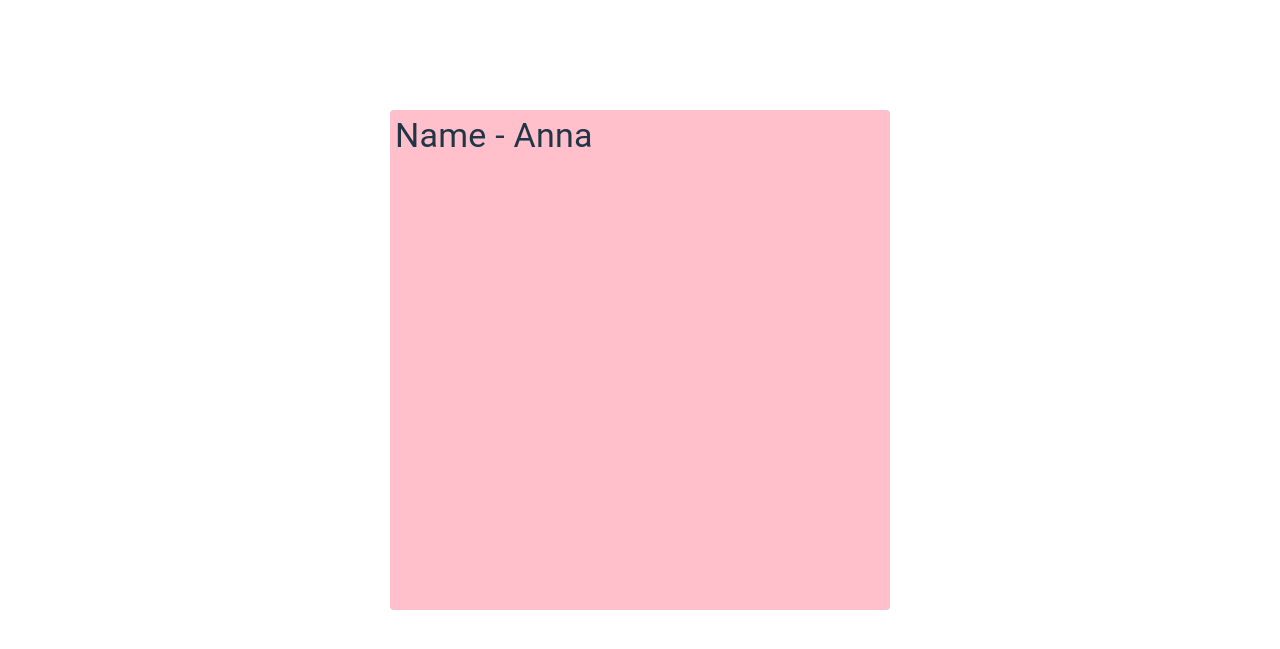
Repository: savannaaaas/props
Page: /
The author's editor kept a copy of each file at every save. The page is drawn from the files as they stood at one save, then again after the next save.
The browser window is 1280 px wide. The pictures show the whole page.
The project was rebuilt for these pictures with package versions that can differ from the ones it lists, and the page was loaded fresh each time. Also part of the build but not shown: vite.config.js.

Above is the page before, as saved 2025-07-07 23:40:53.

After the next save:
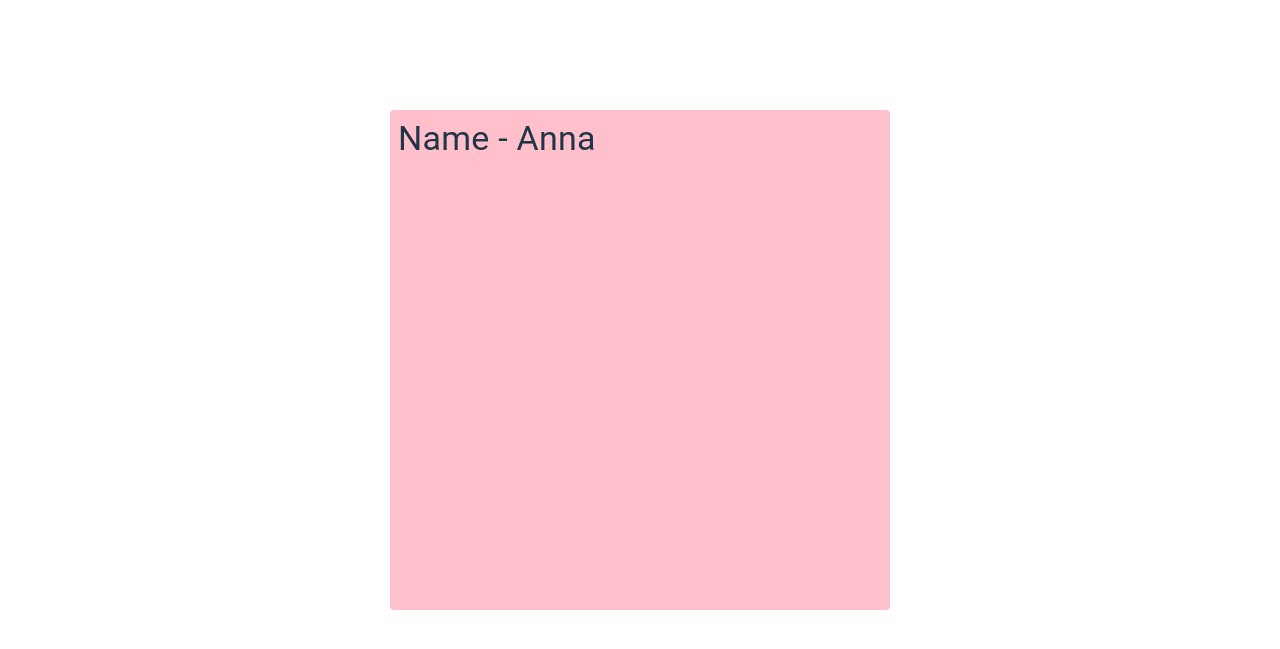
Saved 7 s later.
--- a/src/components/Person.jsx
+++ b/src/components/Person.jsx
@@ -1,7 +1,7 @@
 import Typography from "@mui/material/Typography";
 export const Person = ({ name }) => {
   return (
-    <Typography variant="h4" align="left" style={{ padding: "5px" }}>
+    <Typography variant="h4" align="left" style={{ padding: "8px" }}>
       Name - {name}
     </Typography>
   );

After the save that followed:
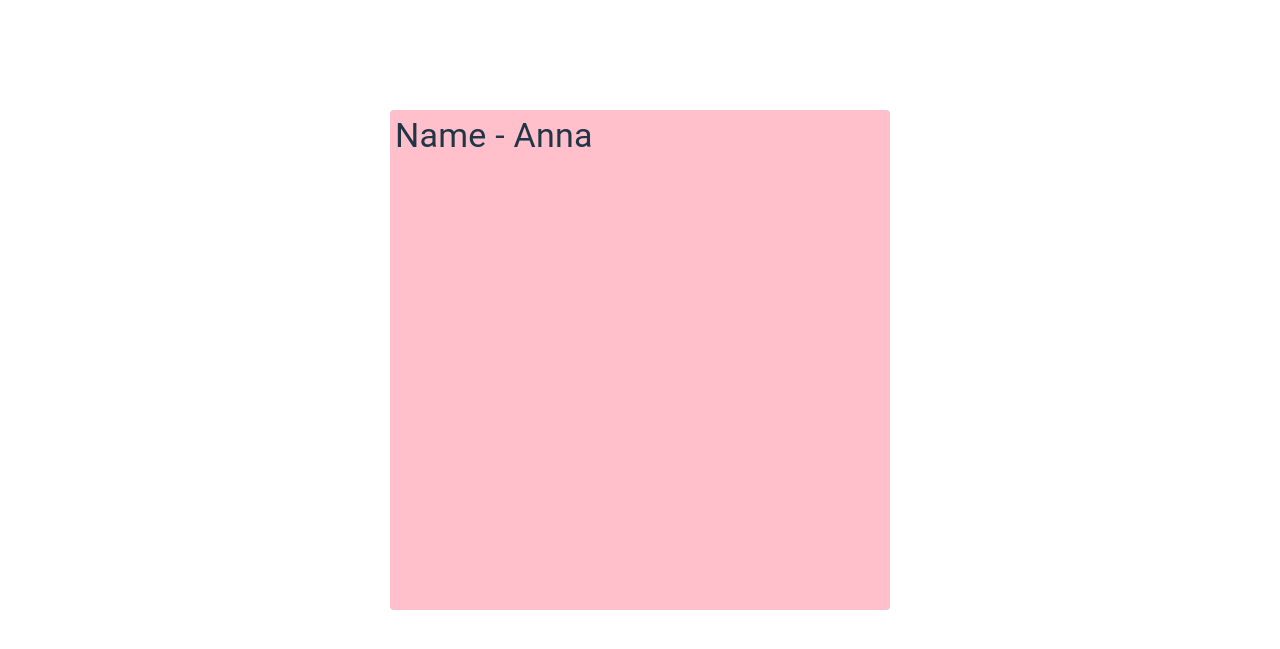
Saved 7 s later.
--- a/src/components/Person.jsx
+++ b/src/components/Person.jsx
@@ -1,7 +1,7 @@
 import Typography from "@mui/material/Typography";
 export const Person = ({ name }) => {
   return (
-    <Typography variant="h4" align="left" style={{ padding: "8px" }}>
+    <Typography variant="h4" align="left" style={{ padding: "5px" }}>
       Name - {name}
     </Typography>
   );
